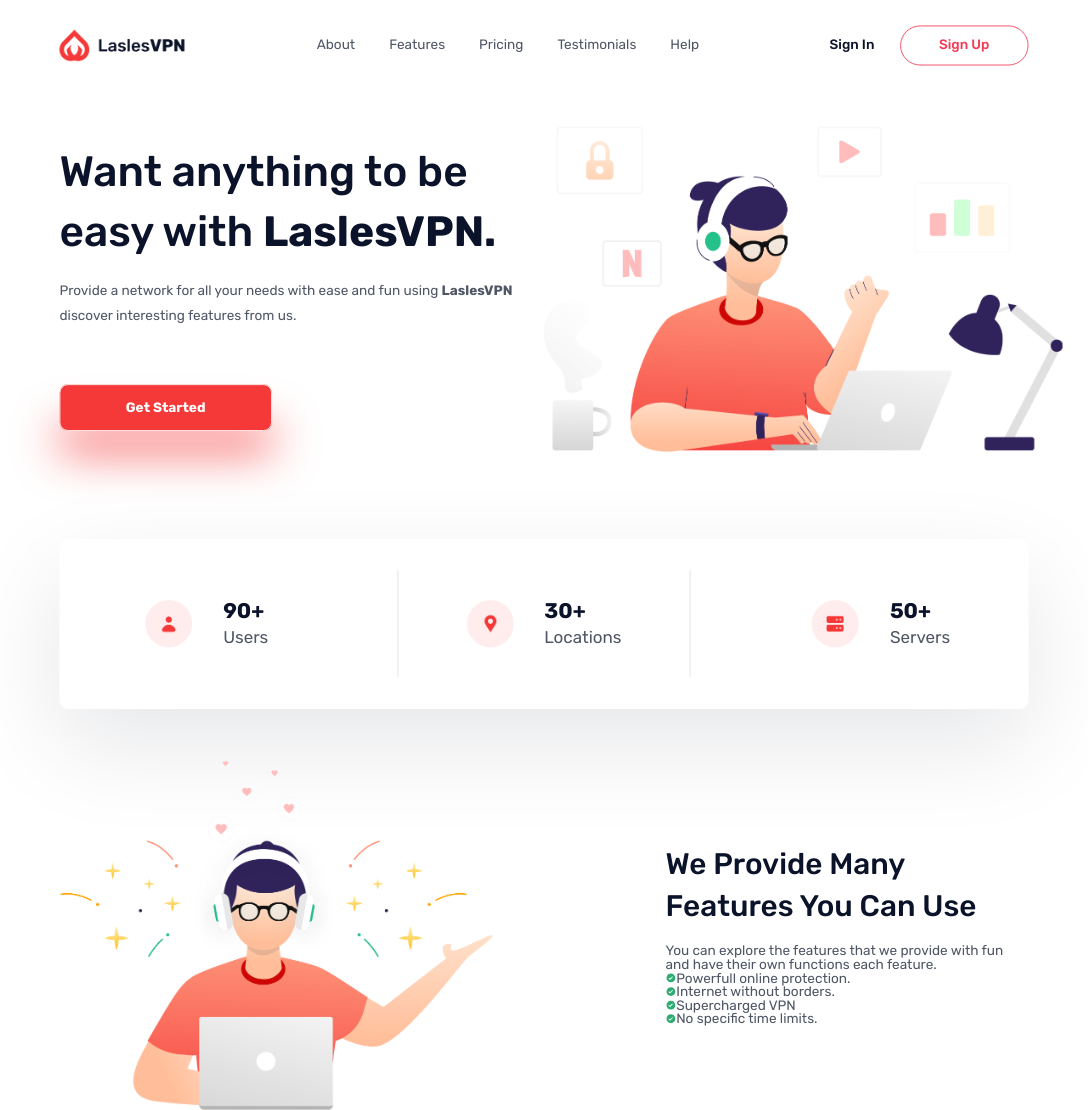
Repository: thefellowshiplotr/lasles_recode
Page: index.html
The author's editor kept a copy of each file at every save. The page is drawn from the files as they stood at one save, then again after the next save.
The browser window is 1280 px wide. The pictures show the whole page, at 85% of full size.
The style sheet was rebuilt from its Sass, Less or Tailwind sources for each picture, by a compiler version that may differ from the author's.

Above is the page before, as saved 2022-10-28 15:15:46.

### index.html
<!DOCTYPE html>
<html lang="en">
  <head>
    <meta charset="UTF-8" />
    <meta http-equiv="X-UA-Compatible" content="IE=edge" />
    <meta name="viewport" content="width=device-width, initial-scale=1.0" />
    <title>Lasles Vpn</title>
    <link rel="preconnect" href="https://fonts.googleapis.com" />
    <link rel="preconnect" href="https://fonts.gstatic.com" crossorigin />
    <link
      href="https://fonts.googleapis.com/css2?family=Rubik:wght@400;500;700&display=swap"
      rel="stylesheet"
    />
    <link rel="stylesheet" href="./css/app.css" />
  </head>
  <body>
    <div class="wrapper">
      <header class="header">
        <div class="container">
          <div class="header-container">
            <img srcset="./img/logo.png 2x" alt="" class="header-logo" />
            <ul class="menu">
              <li class="menu-item">
                <a href="#" class="menu-link">About</a>
              </li>
              <li class="menu-item">
                <a href="#" class="menu-link">Features</a>
              </li>
              <li class="menu-item">
                <a href="#" class="menu-link">Pricing</a>
              </li>
              <li class="menu-item">
                <a href="#" class="menu-link">Testimonials</a>
              </li>
              <li class="menu-item">
                <a href="#" class="menu-link">Help</a>
              </li>
            </ul>
            <div class="header-auth">
              <a href="#" class="header-signin">Sign In</a>
              <a href="#" class="header-signup">Sign Up</a>
            </div>
          </div>
        </div>
      </header>
    </div>
    <div class="wrapper">
      <section class="hero">
        <div class="container">
          <div class="hero-container">
            <div class="hero-content">
              <h1 class="hero-heading">
                Want anything to be easy with
                <strong class="hero-laslesvpn">LaslesVPN.</strong>
              </h1>
              <p class="hero-desc">
                Provide a network for all your needs with ease and fun using
                <strong class="hero-laslesvpn2">LaslesVPN</strong> discover
                interesting features from us.
              </p>
            </div>
            <div class="hero-btn">
              <a href="" class="button button-primary">Get Started</a>
            </div>
            <div class="hero-img">
              <img srcset="./img/hero-image.png 2x" alt="" />
            </div>
          </div>
        </div>
      </section>
    </div>
    <div class="wrapper">
      <section class="intro">
        <div class="container">
          <div class="intro-container">
            <div class="intro-item">
              <div class="intro-icon">
                <img srcset="./img/user.png 2x" alt="" />
              </div>
              <div class="intro-info">
                <div class="intro-title">90+</div>
                <p class="intro-text">Users</p>
              </div>
            </div>
            <div class="intro-item">
              <div class="intro-icon">
                <img srcset="./img/location.png 2x" alt="" />
              </div>
              <div class="intro-info">
                <div class="intro-title">30+</div>
                <p class="intro-text">Locations</p>
              </div>
            </div>
            <div class="intro-item">
              <div class="intro-icon">
                <img srcset="./img/server.png 2x" alt="" />
              </div>
              <div class="intro-info">
                <div class="intro-title">50+</div>
                <p class="intro-text">Servers</p>
              </div>
            </div>
          </div>
        </div>
      </section>
    </div>
    <div class="wrapper">
      <section class="feature">
        <div class="container">
          <div class="feature-container">
            <img
              srcset="./img/feature-image.png 2x"
              alt=""
              class="feature-img"
            />
            <div class="feature-content">
              <h2 class="feature-heading">
                We Provide Many Features You Can Use
              </h2>
              <p class="feature-desc">
                You can explore the features that we provide with fun and have
                their own functions each feature.
              </p>
              <div class="feature-list">
                <div class="feature-item">
                  <img srcset="./img/icon-check.svg 2x" alt="" />
                  <span>Powerfull online protection.</span>
                </div>
                <div class="feature-item">
                  <img srcset="./img/icon-check.svg 2x" alt="" />
                  <span>Internet without borders.</span>
                </div>
                <div class="feature-item">
                  <img srcset="./img/icon-check.svg 2x" alt="" />
                  <span>Supercharged VPN</span>
                </div>
                <div class="feature-item">
                  <img srcset="./img/icon-check.svg 2x" alt="" />
                  <span>No specific time limits.</span>
                </div>
              </div>
            </div>
          </div>
        </div>
      </section>
    </div>
  </body>
</html>

### sass/app.scss
@import "reset";
@import "variables";
@import "global";
@import "header";
@import "menu";
@import "hero";
@import "intro";
@import "feature";

### sass/_variables.scss
$font: "Rubik", sans-serif;
$text-color: #4f5665;
$heading-color: #0b132a;
$primary-color: #f53838;
$secondary-color: #f53855;
$gray-color: #f6f6f6;
$gray-light-color: #f8f8f8;
$gray-lighter-color: #afb5c0;

### sass/_global.scss
.wrapper {
  max-width: 1440px;
  margin: 0 auto;
}

.container {
  max-width: 1170px;
  margin: 0 auto;
  padding: 0 15px;
}

body {
  line-height: 1;
  font-family: $font;
  color: $text-color;
  font-weight: 400;
}

.button {
  &-primary {
    color: #fff;
    padding: 17px 77px;
    border: none;
    background-color: $primary-color;
    border: 1px solid;
    border-radius: 10px;
    white-space: nowrap;
  }
}

### sass/_header.scss
.header {
  padding-top: 30px;
  padding-bottom: 90px;
  &-container {
    display: flex;
    justify-content: space-between;
    align-items: center;
  }
  &-auth {
    display: flex;
    align-items: center;
    gap: 0 30px;
  }
  &-signin {
    color: $heading-color;
    font-weight: 500;
    font-size: 16px;
    line-height: calc(18.96 / 16);
  }
  &-signup {
    color: $secondary-color;
    font-weight: 500;
    font-size: 16px;
    line-height: calc(18.96 / 16);
    padding: 13px 45px;
    border: 1px solid $secondary-color;
    border-radius: 50px;
    // border-radius: 100rem;
  }
}

### sass/_menu.scss
.menu {
  list-style: none;
  display: flex;
  align-items: center;
  gap: 0 40px;
  &-link {
    color: inherit;
    font-size: 16px;
    line-height: calc(18.96 / 16);
  }
}

### sass/_hero.scss
.hero {
  padding-bottom: 100px;
  &-container {
    display: flex;
    justify-content: space-between;
    align-items: center;
    position: relative;
    gap: 0 40px;
    align-items: center;
  }
  &-content {
    width: 100%;
    max-width: 555px;
    display: flex;
    align-items: center;
    flex-direction: column;
    align-content: center;
  }
  &-img {
    position: absolute;
    top: 50%;
    transform: translate(40px, -40%);
    right: 0;
  }
  &-heading {
    color: $heading-color;
    font-weight: 500;
    font-size: 50px;
    line-height: calc(70 / 50);
    margin-bottom: 20px;
  }
  &-desc {
    font-weight: 400;
    font-size: 16px;
    line-height: calc(30 / 16);
    margin-bottom: 50px;
  }
  &-laslesvpn {
    font-weight: 700;
    font-size: 50px;
    line-height: calc(70 / 50);
  }
  &-btn {
    font-weight: 700;
    font-size: 16px;
    line-height: calc(25 / 16);
    position: absolute;
    left: 0;
    bottom: -55px;
    box-shadow: 0 37px 54px 0px $primary-color;
  }
}

### sass/_intro.scss
.intro {
  padding: 57px 0;
  margin-top: 40px;
  &-container {
    background: #ffffff;
    padding: 37px 0;
    border-radius: 10px;
    box-shadow: 0 42px 114px 0 rgb(13 16 37 / 10%);
    display: grid;
    grid-template-columns: repeat(3, minmax(0, 1fr));
    grid-gap: 0 50px;
    min-height: 200px;
  }
  &-item {
    display: flex;
    align-items: center;
    justify-content: center;
    gap: 0 36.5px;
  }
  &-item:nth-child(2) {
    border-left: 2px solid #eeeff2;
    border-right: 2px solid #eeeff2;
  }
  &-title {
    color: $heading-color;
    font-weight: 700;
    font-size: 25px;
    line-height: calc(30 / 25);
  }
  &-text {
    color: $text-color;
    font-weight: 400;
    font-size: 20px;
    line-height: calc(30 / 20);
  }
}

### sass/_feature.scss
.feature {
  &-container {
    display: flex;
    justify-content: space-between;
    align-items: center;
  }
  &-heading {
    width: 383px;
    color: $heading-color;
    font-weight: 500;
    font-size: 35px;
    line-height: calc(50 / 35);
    margin-bottom: 20px;
  }
  &-desc {
    width: 427px;
  }
  &-item {
    display: flex;
    justify-content: flex-start;
    align-items: center;
  }
}

Loaded but not shown: sass/_reset.scss (common file)

After the next save:
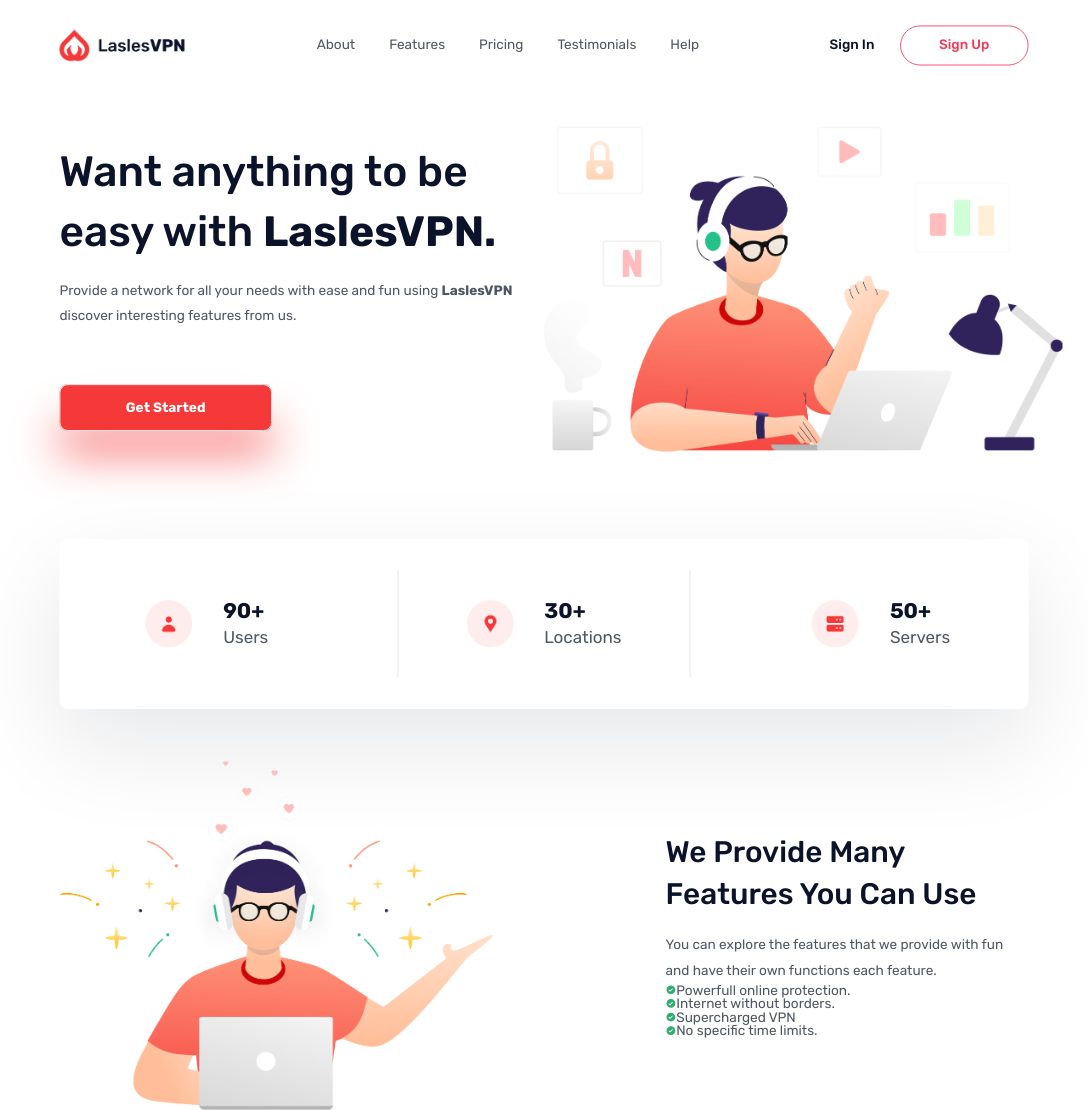
Saved 32 s later.
--- a/sass/_feature.scss
+++ b/sass/_feature.scss
@@ -14,6 +14,9 @@
   }
   &-desc {
     width: 427px;
+    font-weight: 400;
+    font-size: 16px;
+    line-height: calc(30 / 16);
   }
   &-item {
     display: flex;
